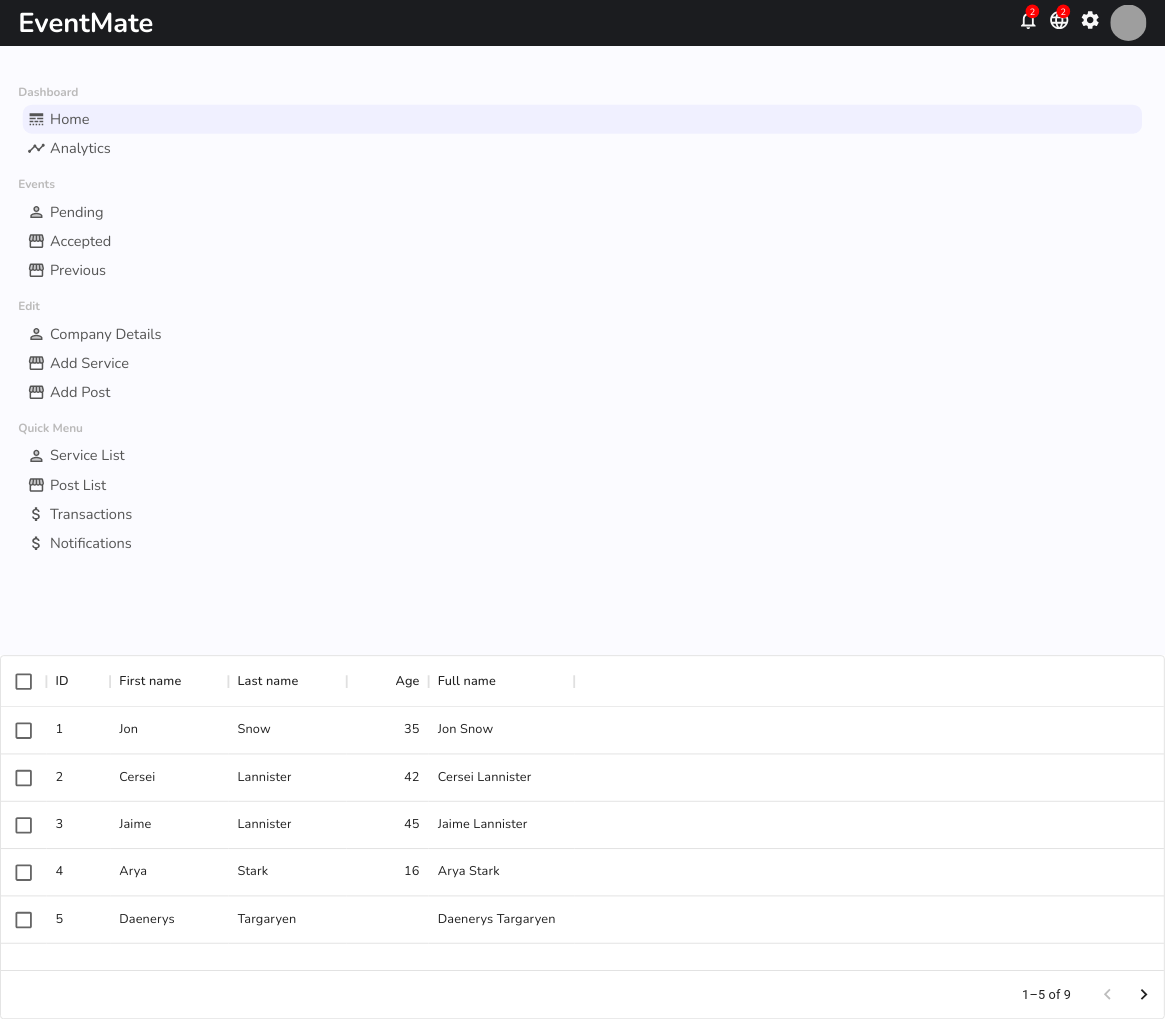
Repository: Farida-Yeasmin-Mim/EventMate_Frontend
Page: /productList
The author's editor kept a copy of each file at every save. The page is drawn from the files as they stood at one save, then again after the next save.
The browser window is 1280 px wide. The pictures show the whole page, at 91% of full size.
Pictures or frames that could not be fetched are drawn as grey boxes. The page's requests for data from a server got no answer. The project was rebuilt for these pictures with package versions that can differ from the ones it lists, and the page was loaded fresh each time. No one was signed in, and anything a server would have sent is missing. Also part of the build but not shown: src/components/PostRequest.js, src/pages/auth/Login.js, src/components/seletionTextField/selectGender.js, src/pages/auth/Signup.js, src/components/vendor/RegVendor.js, src/components/offer.js, src/components/productcategories.js, src/components/icontabs.js and 86 more.

Above is the page before, as saved 2022-09-06 17:52:57.

### public/index.html
<!DOCTYPE html>
<html lang="en">
  <head>
    <meta charset="utf-8" />
    <link rel="icon" href="%PUBLIC_URL%/favicon.ico" />
    <meta name="viewport" content="width=device-width, initial-scale=1" />
    <meta name="theme-color" content="#000000" />
    <meta
      name="description"
      content="Web site created using create-react-app"
    />
    <link rel="apple-touch-icon" href="%PUBLIC_URL%/logo192.png" />

    <link href="https://fonts.googleapis.com/css2?family=Nunito:ital,wght@0,200;0,300;0,400;0,500;0,600;0,700;0,800;0,900;1,200;1,300;1,400;1,500;1,600;1,700;1,900&family=Raleway:ital,wght@0,100;0,200;0,300;0,400;0,500;0,600;0,700;0,800;0,900;1,100;1,200;1,300;1,400;1,500;1,600;1,700;1,800;1,900&display=swap"
    rel="stylesheet">

    <style>
      * {
        font-family: 'Nunito', sans-serif;
        margin: 0;
      }
    </style>

    <link rel="manifest" href="%PUBLIC_URL%/manifest.json" />

    <title>EventMate</title>
  </head>
  <body>
    <noscript>You need to enable JavaScript to run this app.</noscript>
    <div id="root"></div>

  </body>
</html>

### src/index.js
import React from 'react';
import ReactDOM from 'react-dom/client';
import './index.css';
import App from './App';
import reportWebVitals from './reportWebVitals';
import axios from 'axios';
import Context from './components/context/Context';

// axios.defaults.baseURL = 'http://127.0.0.1:8000/api/'
axios.defaults.baseURL = 'http://192.168.0.101:8000/api/'
// axios.defaults.baseURL = 'https://guarded-beach-16980.herokuapp.com/api/'
axios.defaults.headers.common['Authorization'] = 'Bearer ' + localStorage.getItem('token')

const root = ReactDOM.createRoot(document.getElementById('root'));
root.render(
  <React.StrictMode>
    <Context>
      <App />
    </Context>

  </React.StrictMode>

);

// If you want to start measuring performance in your app, pass a function
// to log results (for example: reportWebVitals(console.log))
// or send to an analytics endpoint. Learn more: https://bit.ly/CRA-vitals
reportWebVitals();

### src/App.js
//import logo from './logo.svg';
import './App.css';
import Login from './pages/auth/Login';
import Signup from './pages/auth/Signup';
import Registration from './components/vendor/RegVendor';
import Offer from './components/Offer';
import ProductCategories from './components/productcategories';
import IconTabs from './components/icontabs';
//import DecorationCard from './components/cards/decoration';
import Services from './components/services';
import AddDecorationsForm from './pages/services/addDecorationsForm';
//import Home from './pages/Home';
import Navbar from './components/Navbar';
import Feed from './components/feed/Feed';
import Dashboard from './components/vendor/Dashboard';
import CreateEvent from './components/event/CreateEvent';
import OrderDetails from './components/event/OrderDetails';
import AppRouter from './components/AppRouter';
import FilterPage from './components/event/filter/FilterPage';
import Notification from './components/Notification';
import SearchBar from './components/event/filter/SearchBar';




function App() {
  return (
    <div className="App">
      {/*



      <Services></Services>
      <Offer></Offer>

      <Login></Login>
      <Signup></Signup>
      <Registration></Registration>
      <AddDecorationsForm></AddDecorationsForm> */}



    {/* <DecorationCard></DecorationCard>  */}
    {/* <ProductCategories></ProductCategories> */}
    {/* <Navbar/>   */}
    {/* <Home/> */}
    {/* <Feed/> */}
    {/* <Dashboard/> */}
    {/* <CreateEvent/> */}
    {/* <OrderDetails/> */}
    {/* <Home/> */}
    {/* <SearchBar/> */}

      {/* <AppRouter /> */}
      {/* */}
      {/* <IconTabs/> */}

      <Notification/>
      <AppRouter/>
      {/* <Home/>  */}
     {/* <FilterPage/> */}

    </div>
  );
}

export default App;

### src/components/context/Context.js
import React, { createContext, useContext, useReducer  } from 'react';
import { faker } from '@faker-js/faker';
import { cartReducer } from './Reducers';
import { dataList } from '../event/filter/constants';

const Cart = createContext();

function Context({children}) {
    // const products = [...Array(20)].map(() => ({
    //     id: faker.datatype.uuid(),
    //     name: faker.commerce.productName(),
    //     price: faker.commerce.price(),
    //     image: faker.image.fashion(),
    //     inStock: faker.helpers.arrayElement([0, 3, 5, 6, 7]),
    //     fastDelivery: faker.datatype.boolean(),
    //     ratings: faker.helpers.arrayElement([1, 2, 3, 4, 5]),
    //   }));
    const products = [...dataList];

      // console.log(products);
      const [state, dispatch] = useReducer(cartReducer, {
        products: products,
        cart: [],
      });


      return (
        <Cart.Provider value={{ state, dispatch }}>
          {children}
        </Cart.Provider>
      );
};

export const CartState = () => {
  return useContext(Cart);
};

export default Context;

### src/App.css
@import url('https://fonts.googleapis.com/css2?family=Raleway:ital,wght@0,100;0,200;0,300;0,400;0,500;0,600;0,700;0,800;0,900;1,100;1,200;1,300;1,400;1,500;1,600;1,700;1,800;1,900&display=swap');


*,
*::after,
*::before{
  margin: 0;
}

body{
  font-family: 'Raleway', sans-serif;
}

input{
  font-family: 'Raleway', sans-serif;
}

/* Chrome Safari and Opera */
/* scrollbar handle */
::-webkit-scrollbar{
  display: none;
}

body{
  -ms-overflow-style: none;   /*work on internet explorer and Edge*/
  scrollbar-width: none;      /*work on Firefox*/
}


.App-logo {
  height: 40vmin;
  pointer-events: none;
}

@media (prefers-reduced-motion: no-preference) {
  .App-logo {
    animation: App-logo-spin infinite 20s linear;
  }
}

.App-header {
  background-color: #282c34;
  min-height: 100vh;
  display: flex;
  flex-direction: column;
  align-items: center;
  justify-content: center;
  font-size: calc(10px + 2vmin);
  color: white;
}

.App-link {
  color: #61dafb;
}

@keyframes App-logo-spin {
  from {
    transform: rotate(0deg);
  }
  to {
    transform: rotate(360deg);
  }
}

### src/components/Notification.js
import React from 'react';
import Pusher from "pusher-js"
import Echo from 'laravel-echo';

function Notification(props) {

    const options = {
        broadcaster: 'pusher',
        // key: config.pusher.key,
        key: "5b9c0add29710ce63a0d",
        cluster: "ap2",
        forceTLS: "false",
        //authEndpoint is your apiUrl + /broadcasting/auth
        authEndpoint: "http://127.0.0.1:8000/broadcasting/auth",
        // As I'm using JWT tokens, I need to manually set up the headers.
        auth: {
          headers: {
            Authorization: 'Bearer ' + localStorage.getItem('token'),
            Accept: 'application/json',
          },
        },
      };
    const userId = 2;
    const echo = new Echo(options);
    echo.private(`App.User.${userId}`).notification((data) => {
        console.log(data.comment.body);
        window.alert(data.comment.body);
    });
    return (
        <div>

        </div>
    );
}

export default Notification;

### src/components/context/Reducers.js
export const cartReducer = (state, action) => {

    switch (action.type) {
      case "ADD_TO_CART":
        return { ...state, cart: [...state.cart, { ...action.payload, qty: 1 }] };
      case "REMOVE_FROM_CART":
        return {
          ...state,
          cart: state.cart.filter((c) => c.id !== action.payload.id),
        };
      // case "CHANGE_CART_QTY":
      //   return {
      //     ...state,
      //     cart: state.cart.filter((c) =>
      //       c.id === action.payload.id ? (c.qty = action.payload.qty) : c.qty
      //     ),
      //   };
      default:
        return state;
    }
  };

### src/components/Dashboard/Sidebar.jsx
import './styles/sidebar.css'
import { Link } from "react-router-dom";
import LineStyleIcon from '@mui/icons-material/LineStyle';
import TimelineIcon from '@mui/icons-material/Timeline';
import TrendingUpIcon from '@mui/icons-material/TrendingUp';
import PermIdentityTwoToneIcon from '@mui/icons-material/PermIdentityTwoTone';
import StorefrontTwoToneIcon from '@mui/icons-material/StorefrontTwoTone';
import AttachMoneyTwoToneIcon from '@mui/icons-material/AttachMoneyTwoTone';
import BarChartTwoToneIcon from '@mui/icons-material/BarChartTwoTone';
import MailOutlineTwoToneIcon from '@mui/icons-material/MailOutlineTwoTone';
import DynamicFeedTwoToneIcon from '@mui/icons-material/DynamicFeedTwoTone';
import ChatBubbleOutlineTwoToneIcon from '@mui/icons-material/ChatBubbleOutlineTwoTone';
import WorkOutlineTwoToneIcon from '@mui/icons-material/WorkOutlineTwoTone';
import ReportGmailerrorredTwoToneIcon from '@mui/icons-material/ReportGmailerrorredTwoTone';
import Topbar from './Topbar';
import { useState, useEffect } from "react";
import axios from 'axios';



function Sidebar(param) {
    const [vendor, setVendor] = useState([]);

    useEffect(() => {
        const link = 'vendors/' + param.vendorId
        axios.get(link)
            .then((response) => {
                setVendor(response.data.data);
                console.log(vendor);
            })
            .catch(error => {
                console.error('There was an error!', error);
            });
    }, []);
    return (

        <div className="sidebar">
            <div className="sidebarWrapper">


                {/* Dashboard */}
                <div className="sidebarMenu">
                    <h2 >{vendor.name}</h2><br />
                    <h3 className="sidebarTitle">Dashboard</h3>
                    <ul className="sidebarList">
                        <Link to={"/dashboard/" + vendor.id} className="link">
                            <li className="sidebarListItem active">
                                <LineStyleIcon className="sidebarIcon" />
                                Home
                            </li>
                        </Link>

                        <Link to="/productList" className="link">
                            <li className="sidebarListItem">
                                <TimelineIcon className="sidebarIcon" />
                                Analytics
                            </li>
                        </Link>

                        {/* <li className="sidebarListItem">
                            <TrendingUpIcon className="sidebarIcon" />
                            Sales
                        </li> */}
                    </ul>
                </div>

                {/* Events Menu */}
                <div className="sidebarMenu">
                    <h3 className="sidebarTitle">Events</h3>
                    <ul className="sidebarList">
                        <Link to="/dashboard_user" className="link">
                            <li className="sidebarListItem">
                                <PermIdentityTwoToneIcon className="sidebarIcon" />
                                Pending
                            </li>
                        </Link>
                        <Link to="/product" className="link">
                            <li className="sidebarListItem">
                                <StorefrontTwoToneIcon className="sidebarIcon" />
                                Accepted
                            </li>
                        </Link>
                        <Link to="/product" className="link">
                            <li className="sidebarListItem">
                                <StorefrontTwoToneIcon className="sidebarIcon" />
                                Previous
                            </li>
                        </Link>
                    </ul>
                </div>

                {/* Edit Menu */}
                <div className="sidebarMenu">
                    <h3 className="sidebarTitle">Edit</h3>
                    <ul className="sidebarList">
                        <Link to="/dashboard_user" className="link">
                            <li className="sidebarListItem">
                                <PermIdentityTwoToneIcon className="sidebarIcon" />
                                Company Details
                            </li>
                        </Link>
                        <Link to="/product" className="link">
                            <li className="sidebarListItem">
                                <StorefrontTwoToneIcon className="sidebarIcon" />
                                Add Service
                            </li>
                        </Link>
                        <Link to="/product" className="link">
                            <li className="sidebarListItem">
                                <StorefrontTwoToneIcon className="sidebarIcon" />
                                Add Post
                            </li>
                        </Link>
                    </ul>
                </div>


                {/* Quick Menu */}
                <div className="sidebarMenu">
                    <h3 className="sidebarTitle">Quick Menu</h3>
                    <ul className="sidebarList">
                        <Link to="/userList" className="link">
                            <li className="sidebarListItem">
                                <PermIdentityTwoToneIcon className="sidebarIcon" />
                                Service List
                            </li>
                        </Link>
                        <Link to="/productList" className="link">
                            <li className="sidebarListItem">
                                <StorefrontTwoToneIcon className="sidebarIcon" />
                                Post List
                            </li>
                        </Link>
                        <li className="sidebarListItem">
                            <AttachMoneyTwoToneIcon className="sidebarIcon" />
                            Transactions
                        </li>
                        <li className="sidebarListItem">
                            <AttachMoneyTwoToneIcon className="sidebarIcon" />
                            Notifications
                        </li>

                    </ul>
                </div>


                {/* Notifications */}
                {/* <div className="sidebarMenu">
                    <h3 className="sidebarTitle">Notifications</h3>
                    <ul className="sidebarList">
                        <li className="sidebarListItem">
                            <MailOutlineTwoToneIcon className="sidebarIcon" />
                            Mail
                        </li>
                        <li className="sidebarListItem">
                            <DynamicFeedTwoToneIcon className="sidebarIcon" />
                            Feedback
                        </li>
                        <li className="sidebarListItem">
                            <ChatBubbleOutlineTwoToneIcon className="sidebarIcon" />
                            Messages
                        </li>
                    </ul>
                </div> */}


                {/* Staff */}
                {/* <div className="sidebarMenu">
                    <h3 className="sidebarTitle">Staff</h3>
                    <ul className="sidebarList">
                        <Link to="/newUser" className="link">
                            <li className="sidebarListItem">
                                <WorkOutlineTwoToneIcon className="sidebarIcon" />
                                Manage
                            </li>
                        </Link>

                        <Link to="/newProduct" className="link">
                            <li className="sidebarListItem">
                                <TimelineIcon className="sidebarIcon" />
                                Analytics
                            </li>
                        </Link>

                        <li className="sidebarListItem">
                            <ReportGmailerrorredTwoToneIcon className="sidebarIcon" />
                            Reports
                        </li>
                    </ul>
                </div> */}


            </div>
        </div>
    );
}
export default Sidebar;

### src/components/Dashboard/Topbar.jsx
import React from "react";
import './styles/topbar.css'
import { NotificationsNone, Language, Settings } from "@mui/icons-material";


function Topbar() {

    return (
    <div className="topbar">
      <div className="topbarWrapper">
        <div className="topLeft">
          <span className="logo">EventMate</span>
        </div>



        <div className="topRight">
          <div className="topbarIconContainer">
            <NotificationsNone />
            <span className="topIconBadge">2</span>
          </div>

          <div className="topbarIconContainer">
            <Language />
            <span className="topIconBadge">2</span>
          </div>

          <div className="topbarIconContainer">
            <Settings />
          </div>
          <img src="https://avatars.githubusercontent.com/u/76836136?s=400&u=6b029a033204aea30687591bedb424dcbfbea46a&v=4" alt="" className="topAvatar" />
        </div>


      </div>
    </div>
  );
}
export default Topbar;

### src/components/Dashboard/ProductList.js
import * as React from 'react';
import { DataGrid } from '@mui/x-data-grid';
import Sidebar from './Sidebar';

const columns = [
    { field: 'id', headerName: 'ID', width: 70 },
    { field: 'firstName', headerName: 'First name', width: 130 },
    { field: 'lastName', headerName: 'Last name', width: 130 },
    {
        field: 'age',
        headerName: 'Age',
        type: 'number',
        width: 90,
    },
    {
        field: 'fullName',
        headerName: 'Full name',
        description: 'This column has a value getter and is not sortable.',
        sortable: false,
        width: 160,
        valueGetter: (params) =>
            `${params.row.firstName || ''} ${params.row.lastName || ''}`,
    },
];

const rows = [
    { id: 1, lastName: 'Snow', firstName: 'Jon', age: 35 },
    { id: 2, lastName: 'Lannister', firstName: 'Cersei', age: 42 },
    { id: 3, lastName: 'Lannister', firstName: 'Jaime', age: 45 },
    { id: 4, lastName: 'Stark', firstName: 'Arya', age: 16 },
    { id: 5, lastName: 'Targaryen', firstName: 'Daenerys', age: null },
    { id: 6, lastName: 'Melisandre', firstName: null, age: 150 },
    { id: 7, lastName: 'Clifford', firstName: 'Ferrara', age: 44 },
    { id: 8, lastName: 'Frances', firstName: 'Rossini', age: 36 },
    { id: 9, lastName: 'Roxie', firstName: 'Harvey', age: 65 },
];

export default function DataTable() {
    return (
        <>
            <Sidebar />
            <div style={{ height: 400, width: '100%' }}>
                <DataGrid
                    rows={rows}
                    columns={columns}
                    pageSize={5}
                    rowsPerPageOptions={[5]}
                    checkboxSelection
                />
            </div>
        </>
    );
}

### src/components/Dashboard/styles/sidebar.css
.sidebar {
    flex: 1;
    height: calc(100vh - 50px);
    background-color: rgb(251, 251, 255);
    position: sticky;
    top: 50px;
    /* background-color: rgb(17, 17, 173); */
  }

  .sidebarWrapper {
    padding: 20px;
    color: #555;
  }

  .sidebarMenu {
    margin-bottom: 10px;
  }

  .sidebarTitle {
    font-size: 13px;
    color: rgb(187, 186, 186);
  }

  .sidebarList {
    list-style: none;
    padding: 5px;
  }

  .sidebarListItem {
    padding: 5px;
    cursor: pointer;
    display: flex;
    align-items: center;
    border-radius: 10px;
  }

  .sidebarListItem.active,
  .sidebarListItem:hover {
    background-color: rgb(240, 240, 255);
  }

  .sidebarIcon{
      margin-right: 5px;
      font-size: 20px !important;
  }

### src/components/Dashboard/styles/topbar.css
.topbar {
    width: 100%;
    height: 50px;
    background-color: rgb(27, 28, 31);
    position: sticky;
    top: 0;
    z-index: 999;
  }

  .topbarWrapper {
    height: 100%;
    padding: 0px 20px;
    display: flex;
    align-items: center;
    justify-content: space-between;
  }

  .logo {
    font-weight: bold;
    font-size: 30px;
    color: rgb(255, 255, 255);
    cursor: pointer;
  }

  .topRight{
      display: flex;
      align-items: center;
  }

  .topbarIconContainer {
    position: relative;
    cursor: pointer;
    margin-right: 10px;
    color: rgb(248, 248, 248);
  }

  .topIconBadge{
      width: 15px;
      height: 15px;
      position: absolute;
      top: -5px;
      right: 0px;
      background-color: red;
      color: white;
      border-radius: 50%;
      display: flex;
      align-items: center;
      justify-content: center;
      font-size: 10px;
  }

  .topAvatar{
      width: 40px;
      height: 40px;
      border-radius: 50%;
      cursor: pointer;
  }

### src/components/Dashboard/styles/dashboard.css
.container{
    display: flex;
    margin-top: 10px;
  }


  .link{
    text-decoration: none;
    color: inherit;
  }

Loaded but not shown: src/index.css (common file); src/reportWebVitals.js (common file); src/components/AppRouter.js (263 lines, source omitted); src/components/event/filter/constants.js (188 lines, source omitted)

After the next save:
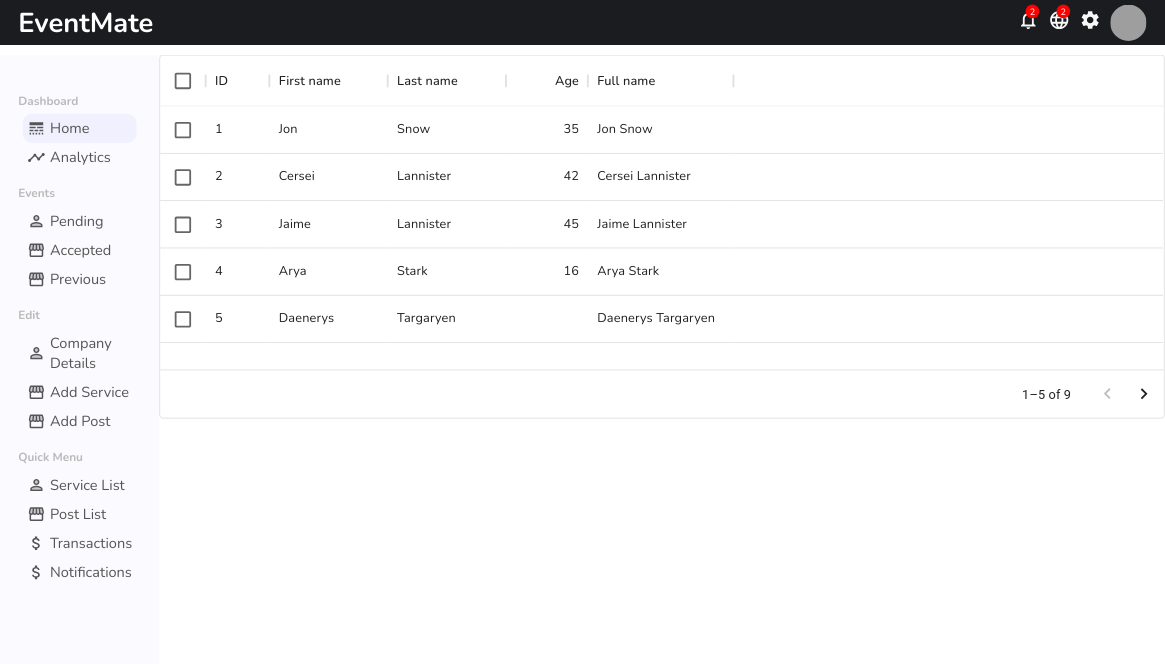
Saved 63 s later.
--- a/src/components/Dashboard/ProductList.js
+++ b/src/components/Dashboard/ProductList.js
@@ -37,17 +37,24 @@ const rows = [
 
 export default function DataTable() {
     return (
-        <>
-            <Sidebar />
-            <div style={{ height: 400, width: '100%' }}>
-                <DataGrid
-                    rows={rows}
-                    columns={columns}
-                    pageSize={5}
-                    rowsPerPageOptions={[5]}
-                    checkboxSelection
-                />
+        <div>
+            <div className="container">
+                <Sidebar />
+                <div style={{ height: 400, width: '100%' }}>
+                    <DataGrid
+                        rows={rows}
+                        columns={columns}
+                        pageSize={5}
+                        rowsPerPageOptions={[5]}
+                        checkboxSelection
+                    />
+                </div>
+
+
             </div>
-        </>
+        </div>
+
+
+
     );
 }
